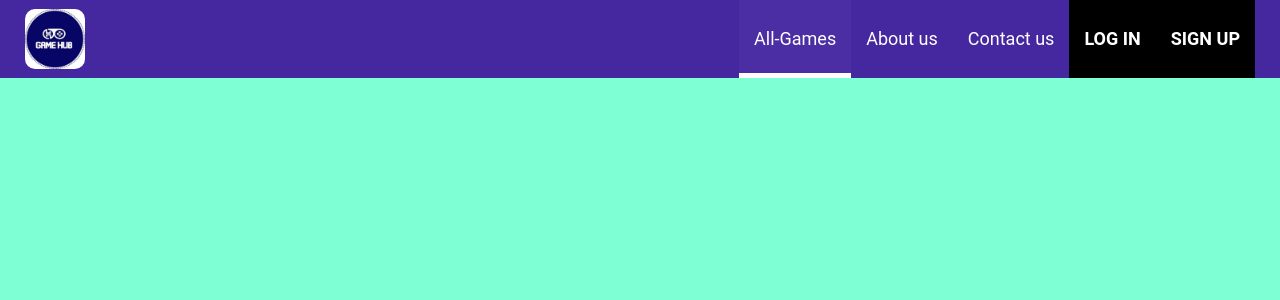
Repository: Fariaddd/HTML-CSS-reset
Page: index.html
An editor plug-in stored every save of this project. The page is shown before and after the next save, followed by the edit.
The browser window is 1280 px wide. The pictures show the whole page.
The pointer rests on the first visible `.menu li a`.
Some web fonts or font styles are not loaded; a fallback is used.

Above is the page before, as saved 2022-04-01 16:43:20.

### index.html
<!DOCTYPE html>
<html lang="en">
  <head>
    <meta charset="UTF-8" />
    <meta http-equiv="X-UA-Compatible" content="IE=edge" />
    <meta name="viewport" content="width=device-width, initial-scale=1.0" />
    <title>Document</title>
    <link rel="stylesheet" href="style/index.css" />
  </head>
  <body>
    <header class="header">
      <div class="logo">
        <a href="./index.html">
          <img src="./img/Gamehub.png" alt="Gamehub-logo"
        /></a>
      </div>
      <div class="navigation">
        <ul class="menu">
          <li><a href="./all-games.html">All-Games</a></li>
          <li><a href="./about.html">About us</a></li>
          <li><a href="./concats.html">Contact us</a></li>
        </ul>
        <ul class="menu links">
            <li>
              <a href="./login.html" >LOG IN</a>
            </li>
            <li>
              <a href="./sign.html" >SIGN UP</a>
            </li>
      </div>
    </header>
  </body>
</html>

### style/index.css
@import url("https://fonts.googleepis.com/css?family=roboto:300,400,500,600,700,800,900&display=swap");

* {
  font-family: "Roboto";
  margin: 0;
  padding: 0;
  box-sizing: border-box;
}

body {
  background-color: aquamarine;
}
.header {
  position: relative;
  width: 100%;
  display: flex;
  justify-content: space-between;
  align-items: center;
  background: #4527a0;
  padding: 0 25px;
  transition: 0.3s;
}

.logo a {
  display: block;
}

.logo a img {
  display: block;
  width: 60px;
  border-radius: 10px;
}

.navigation {
  display: flex;
  justify-content: space-between;
  align-items: center;
}
.menu {
  display: flex;
  justify-content: center;
  flex-direction: row;
  align-items: center;
  z-index: 1;
  transition: 0.5s;
}

.menu li {
  list-style-type: none;
}

.menu li a {
  color: #fff;
  text-decoration: none;
  display: block;
  padding: 30px 15px;
  font-size: 18px;
  line-height: 1;
  transition: 0.3s;
}

.menu li a:hover {
  box-shadow: 0 -5px 0 #fff inset, 500px 0 0 rgba(255, 255, 255, 0.03) inset;
}

.links {
  background-color: black;
  font-weight: bold;
  text-decoration: none;
  list-style-type: none;
}

After the next save:
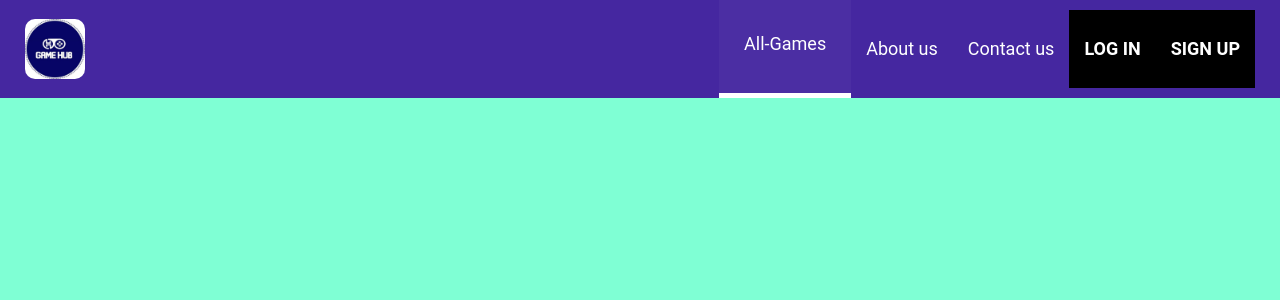
Saved 4 min 28 s later.
--- a/style/index.css
+++ b/style/index.css
@@ -61,6 +61,7 @@
 
 .menu li a:hover {
   box-shadow: 0 -5px 0 #fff inset, 500px 0 0 rgba(255, 255, 255, 0.03) inset;
+  padding: 35px 25px 45px 25px;
 }
 
 .links {

After the save that followed:
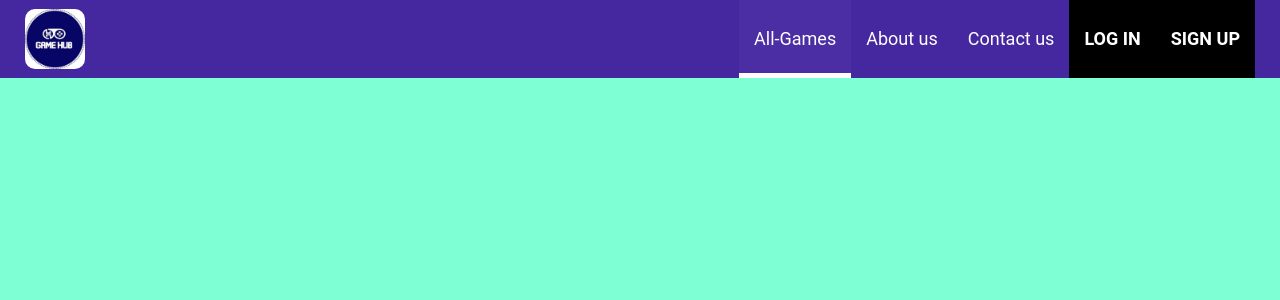
Saved 24 s later.
--- a/style/index.css
+++ b/style/index.css
@@ -61,7 +61,6 @@
 
 .menu li a:hover {
   box-shadow: 0 -5px 0 #fff inset, 500px 0 0 rgba(255, 255, 255, 0.03) inset;
-  padding: 35px 25px 45px 25px;
 }
 
 .links {
